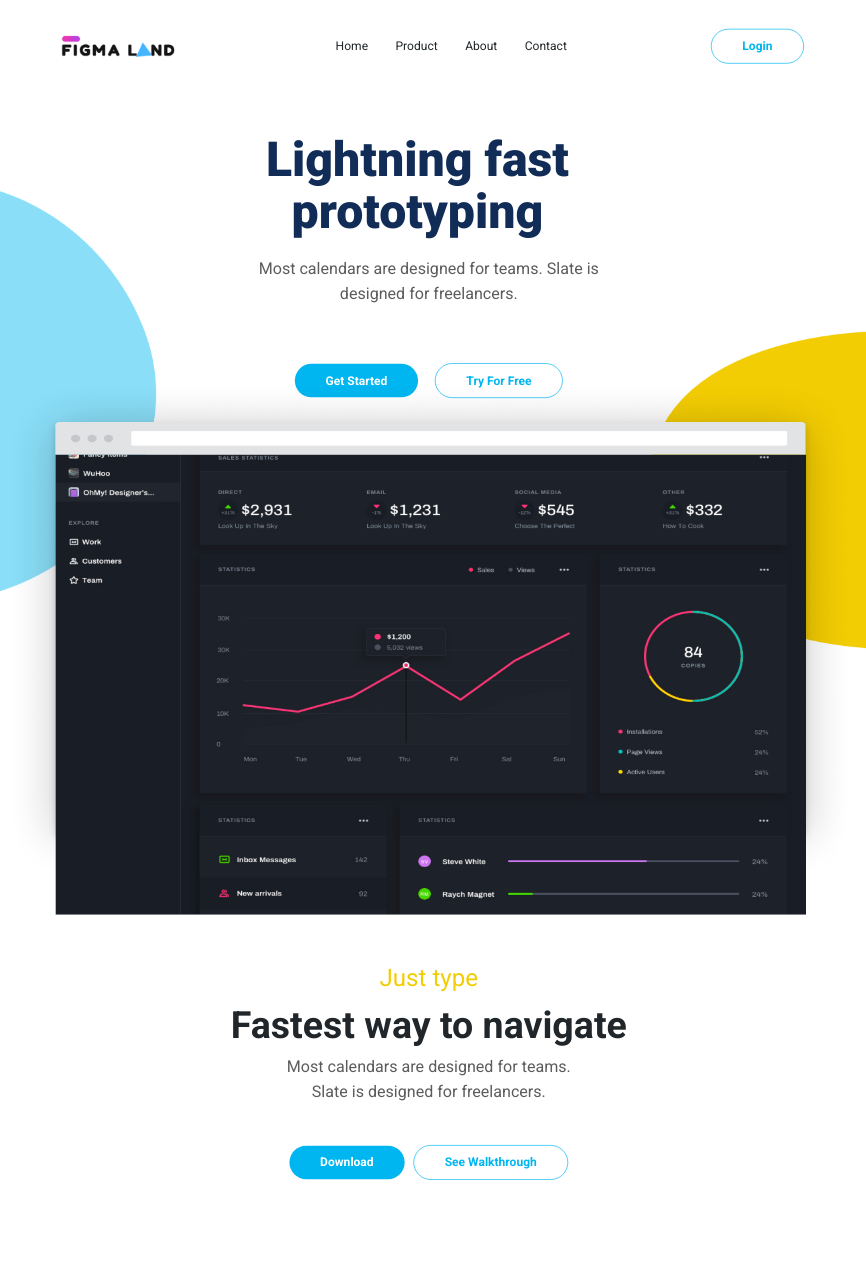
Repository: tungcutte35/Figma-Land
Page: sass/index.html
These files come from the project's save history. The page is drawn as it stood at one moment and after the next save; the edit follows.
The browser window is 1280 px wide. The page is 1293 px wide, so the pictures cover 1293 px, including what lies to the right of the window. The pictures show the whole page, at 67% of full size.
The style sheet was rebuilt from its Sass, Less or Tailwind sources for each picture, by a compiler version that may differ from the author's.

Above is the page before, as saved 2021-10-23 17:26:13.

After the next save:
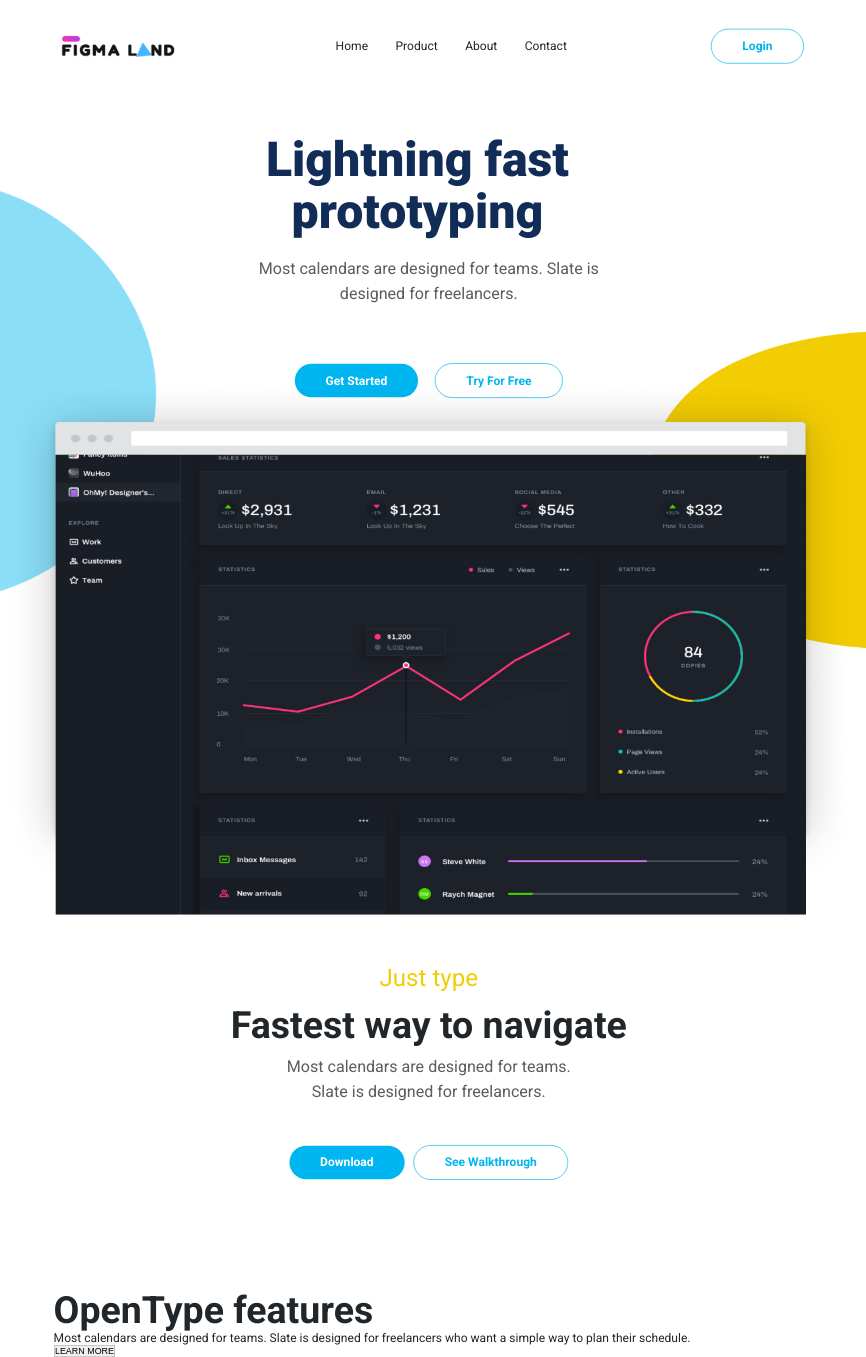
Saved 2 min 30 s later.
--- a/sass/index.html
+++ b/sass/index.html
@@ -80,6 +80,21 @@
        </div>
      </div>
    </section>
+   <section class="features">
+     <div class="container">
+       <div class="features-container">
+         <div class="features-desc">
+           <h3 class="heading features-heading">
+            OpenType features
+           </h3>
+           <p class="features-content">
+            Most calendars are designed for teams. Slate is designed for freelancers who want a simple way to plan their schedule.
+           </p>
+           <button class="features-more">LEARN MORE</button>
+         </div>
+       </div>
+     </div>
+   </section>
 
  </div>
 </body>
